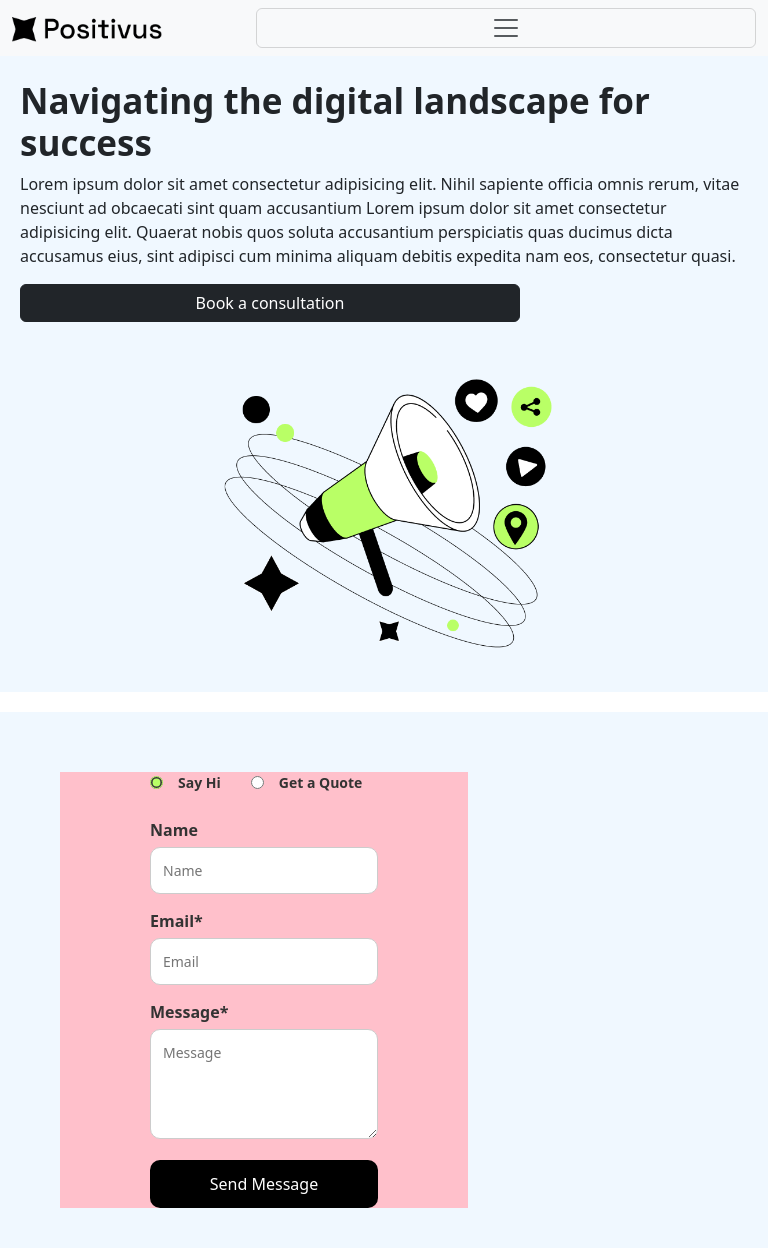
Repository: inshaabbas/CSS-Hackathon-SMIT
Page: index.html
An editor plug-in stored every save of this project. The page is shown before and after a run of saves, followed by the edit.
The browser window is 768 px wide. The pictures show the whole page.

Above is the page before, as saved 2025-06-25 10:19:51.

After the next 2 saves:
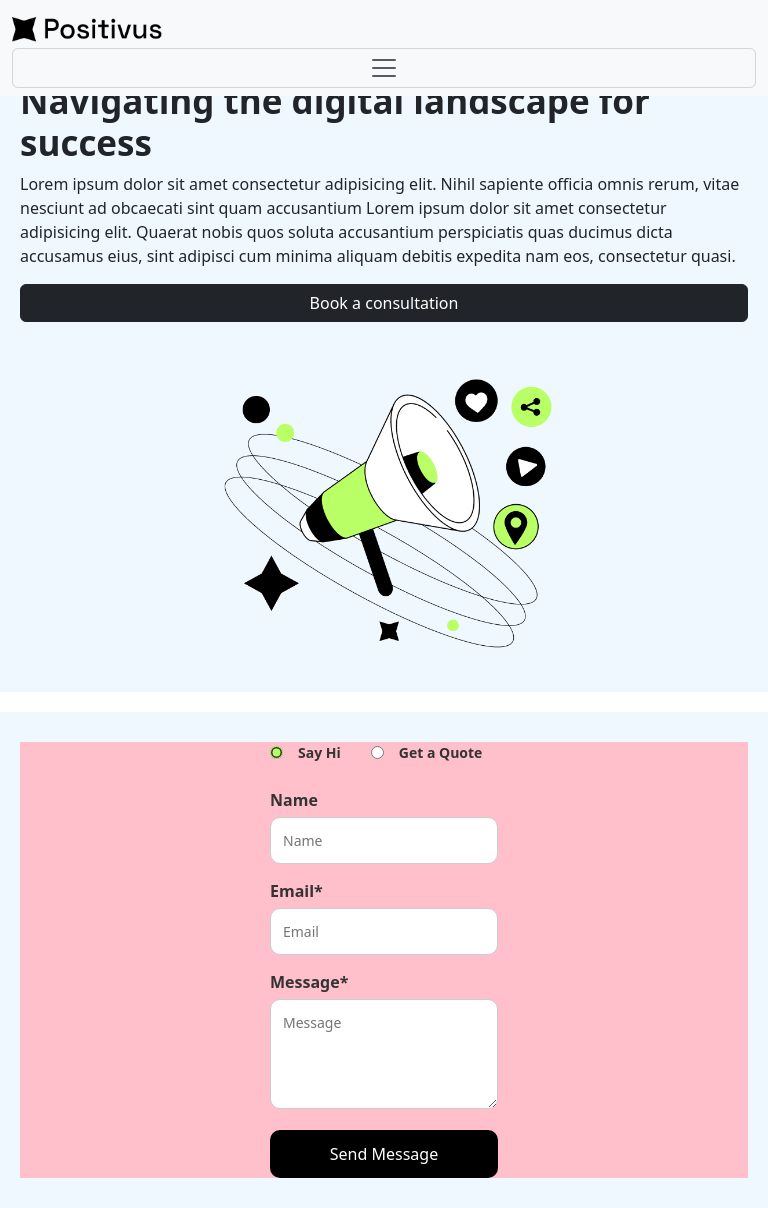
The 2 saves are shown as one change because they came seconds apart.
The last was saved 113 s later.
--- a/style.css
+++ b/style.css
@@ -135,19 +135,29 @@ button:hover {
 }
 
 @media screen and (max-width: 890px){
-    .contact-image img{
+    .contact-image img {
         display: none;
     }
 
-    .contact-form{
-        display: flex;
-        justify-content: center;
-        align-items: center;
-        background-color: pink;
-        /* width: 100vw; */
+    .contact-section {
+        flex-direction: column;
+        align-items: center; /* center the whole section */
+        padding: 30px 20px;
     }
 
-    .contact-section{
-        align-items: center;
+    .contact-form {
+        margin-left: 0; /* remove the push */
+        width: 100%;
+        display: flex;
+        flex-direction: column;
+        align-items: center; /* center form items horizontally */
+        background-color: pink; /* optional for testing */
+    }
+
+    .form-group,
+    input,
+    textarea,
+    button {
+        max-width: 100%; /* remove fixed width */
     }
 }
